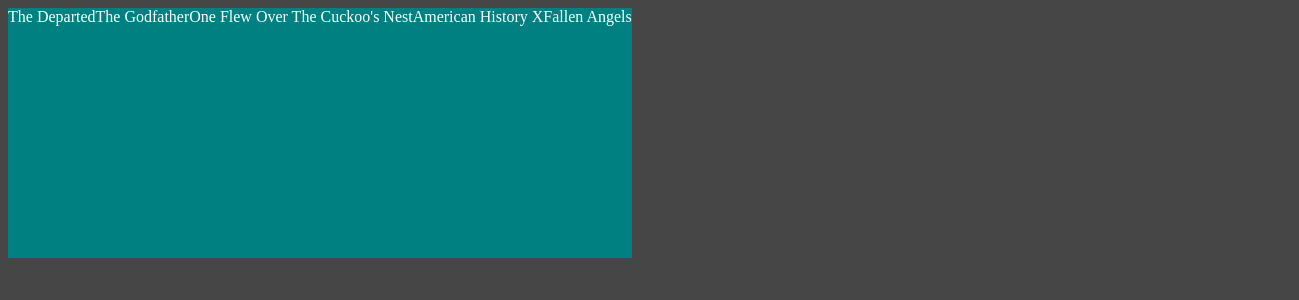
Repository: nishit47/merofilmrecs
Page: web_dev/tiles.html
The author's editor kept a copy of each file at every save. The page is drawn from the files as they stood at one save, then again after the next save.
The browser window is 1280 px wide. The page is 1280 px wide, then 1299 px, so the pictures cover 1299 px, including what lies to the right of the window. The pictures show the whole page.

Above is the page before, as saved 2021-10-06 15:04:06.

### web_dev/tiles.html
<!DOCTYPE html>
<html lang="en">
<head>
    <meta charset="UTF-8">
    <meta http-equiv="X-UA-Compatible" content="IE=edge">
    <meta name="viewport" content="width=device-width, initial-scale=1.0">
    <title>tiles</title>
</head>
<link rel="stylesheet" href="styling.css">
<style>
    .movietiles{
        color: white;
        display: flex;
    }
    .movieitem{
        height: 250px;
        background-color: teal;
        padding: ;
    }
</style>
<body>
    <div class="movietiles">
        <div class="movieitem"id="movie1">The Departed</div>
        <div class="movieitem"id="movie2">The Godfather</div>
        <div class="movieitem"id="movie3">One Flew Over The Cuckoo's Nest</div>
        <div class="movieitem"id="movie4">American History X</div>
        <div class="movieitem" id="movie5">Fallen Angels</div>
    </div>

</body>
</html>

### web_dev/styling.css
body{
    background-color: rgb(70, 70, 70);
    color: white;
}

nav ul{
    background-color: rgb(56, 56, 56);
    display: flex;
    height: 37px;
    border-radius: 3px;
}
nav ul li{
    background-color: rgb(70, 70, 70);
    margin: 5px 20px;
    padding: 5px 20px;
    list-style-type: none;
    border-radius: 3px;
}
nav ul li a{
    text-decoration: none;
    color: white;
}
nav ul li :hover{
    color: yellow;
}
nav ul div{
    padding: 5px 0px;
    margin: 0.5px 30px;
}
h1{
    text-align: center;
}
.movie{
    border:black;
    border-radius: 20px;
    background-color: rgb(56, 56, 56);
    margin: auto 10%;
    padding: 20px;
}

.rating, .cast, .description, h2{
    background-color: rgb(70, 70, 70);
}
.still, .trailer{
    display: block;
    max-width:100%;
    max-height:100%;
    margin: 0 auto;
}
#netflix{
    float: right;
}

After the next save:
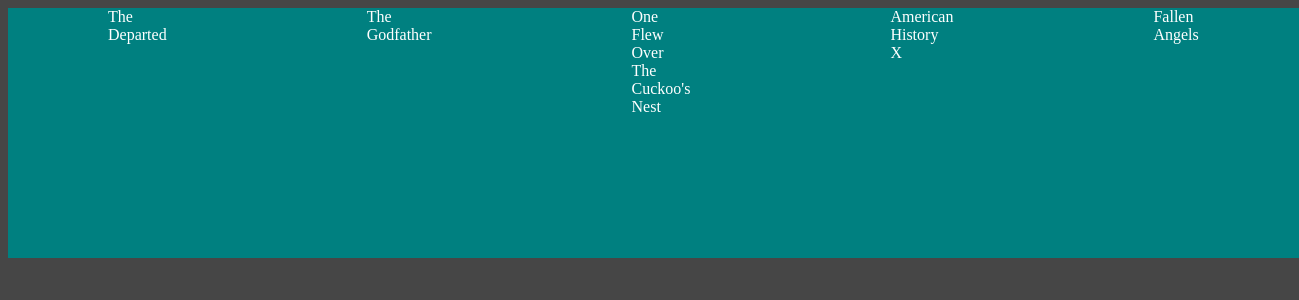
Saved 4 s later.
--- a/web_dev/tiles.html
+++ b/web_dev/tiles.html
@@ -15,7 +15,7 @@
     .movieitem{
         height: 250px;
         background-color: teal;
-        padding: ;
+        padding: 0 100px;
     }
 </style>
 <body>
